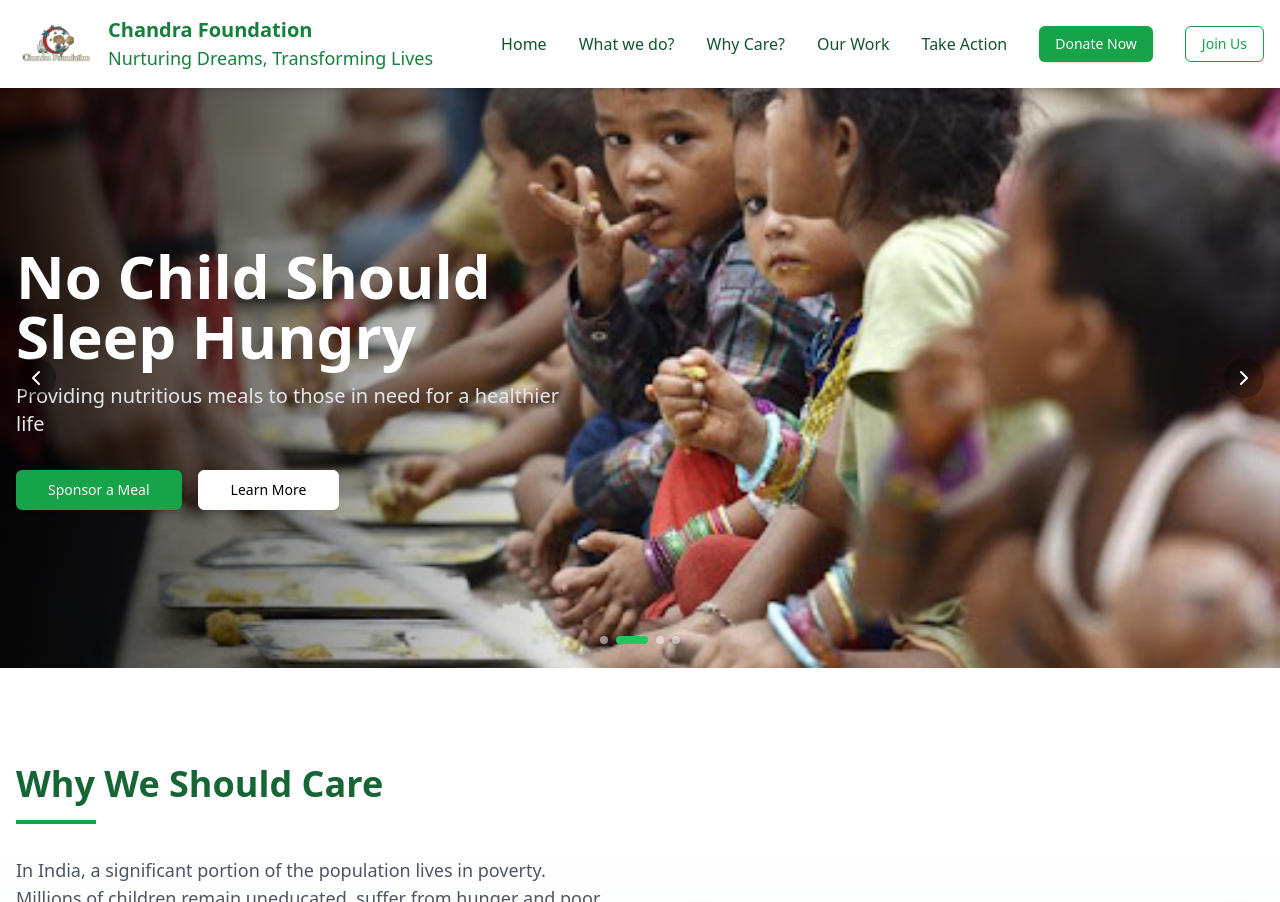
Repository: rajukumar2003/chandra-foundation
Page: /
An editor plug-in stored every save of this project. The page is shown before and after the next save, followed by the edit.
The browser window is 1280 px wide. The pictures show the part of the page from y = 0 to 902 px (the page is 7795 px tall before and 7775 px after).
Pictures or frames that could not be fetched are drawn as grey boxes. The project was rebuilt for these pictures with package versions that can differ from the ones it lists, and the page was loaded fresh each time. The framework's server and built-in components were replaced by stand-ins that run in the browser. Also part of the build but not shown: next.config.ts.

Above is the page before, as saved 2024-12-17 16:12:52.

### app/layout.tsx
import type { Metadata } from "next";
import { Geist, Geist_Mono } from "next/font/google";
import "./globals.css";
import Navbar from "./components/navbar";
import Footer from "./components/Footer";

const geistSans = Geist({
  variable: "--font-geist-sans",
  subsets: ["latin"],
});

const geistMono = Geist_Mono({
  variable: "--font-geist-mono",
  subsets: ["latin"],
});

export const metadata: Metadata = {
  title: "Create Next App",
  description: "Generated by create next app",
};

export default function RootLayout({
  children,
}: Readonly<{
  children: React.ReactNode;
}>) {
  return (
    <html lang="en">
      <body
        className={`${geistSans.variable} ${geistMono.variable} antialiased`}
      >
        <Navbar />
        {children}
        <Footer/>
      </body>
    </html>
  );
}

### app/globals.css
@tailwind base;
@tailwind components;
@tailwind utilities;
@layer base {
  :root {
    --background: 0 0% 100%;
    --foreground: 0 0% 3.9%;
    --card: 0 0% 100%;
    --card-foreground: 0 0% 3.9%;
    --popover: 0 0% 100%;
    --popover-foreground: 0 0% 3.9%;
    --primary: 0 0% 9%;
    --primary-foreground: 0 0% 98%;
    --secondary: 0 0% 96.1%;
    --secondary-foreground: 0 0% 9%;
    --muted: 0 0% 96.1%;
    --muted-foreground: 0 0% 45.1%;
    --accent: 0 0% 96.1%;
    --accent-foreground: 0 0% 9%;
    --destructive: 0 84.2% 60.2%;
    --destructive-foreground: 0 0% 98%;
    --border: 0 0% 89.8%;
    --input: 0 0% 89.8%;
    --ring: 0 0% 3.9%;
    --chart-1: 12 76% 61%;
    --chart-2: 173 58% 39%;
    --chart-3: 197 37% 24%;
    --chart-4: 43 74% 66%;
    --chart-5: 27 87% 67%;
    --radius: 0.5rem
  }
  .dark {
    --background: 0 0% 3.9%;
    --foreground: 0 0% 98%;
    --card: 0 0% 3.9%;
    --card-foreground: 0 0% 98%;
    --popover: 0 0% 3.9%;
    --popover-foreground: 0 0% 98%;
    --primary: 0 0% 98%;
    --primary-foreground: 0 0% 9%;
    --secondary: 0 0% 14.9%;
    --secondary-foreground: 0 0% 98%;
    --muted: 0 0% 14.9%;
    --muted-foreground: 0 0% 63.9%;
    --accent: 0 0% 14.9%;
    --accent-foreground: 0 0% 98%;
    --destructive: 0 62.8% 30.6%;
    --destructive-foreground: 0 0% 98%;
    --border: 0 0% 14.9%;
    --input: 0 0% 14.9%;
    --ring: 0 0% 83.1%;
    --chart-1: 220 70% 50%;
    --chart-2: 160 60% 45%;
    --chart-3: 30 80% 55%;
    --chart-4: 280 65% 60%;
    --chart-5: 340 75% 55%
  }
}
@layer base {
  * {
    @apply border-border;
  }
  body {
    @apply bg-background text-foreground;
  }
}

@keyframes float {
  0%, 100% {
    transform: translateY(0);
  }
  50% {
    transform: translateY(-20px);
  }
}

@keyframes float-delayed {
  0%, 100% {
    transform: translateY(0);
  }
  50% {
    transform: translateY(-15px);
  }
}

.animate-float {
  animation: float 6s ease-in-out infinite;
}

.animate-float-delayed {
  animation: float-delayed 5s ease-in-out infinite;
  animation-delay: 1s;
}

### app/components/Footer.tsx
"use client";

import { Facebook, Twitter, Instagram, Youtube, Mail } from "lucide-react";
import Link from "next/link";
import { Input } from "@/components/ui/input";
import { Button } from "@/components/ui/button";

const socialLinks = [
  { icon: Facebook, href: "#", label: "Facebook" },
  { icon: Twitter, href: "#", label: "Twitter" },
  { icon: Instagram, href: "#", label: "Instagram" },
  { icon: Youtube, href: "#", label: "YouTube" },
];

const quickLinks = [
  { name: "What we do?", href: "/about" },
  { name: "Our Work", href: "/programs" },
  { name: "Get Involved", href: "/get-involved" },
  { name: "Contact", href: "/contact" },
];

export default function Footer() {
  return (
    <footer className="bg-green-900 text-white">
      <div className="container mx-auto px-4 py-12">
        <div className="grid grid-cols-1 md:grid-cols-2 lg:grid-cols-4 gap-8">
          {/* Logo and Description */}
          <div className="space-y-4">
            <Link href="/" className="text-2xl font-bold">
              Chandra Foundation
            </Link>
            <p className="text-green-200 text-sm">
              Nurturing Dreams, Transforming Lives. Together, we can make a
              difference.
            </p>
          </div>

          {/* Quick Links */}
          <div>
            <h3 className="text-lg font-semibold mb-4">Quick Links</h3>
            <ul className="space-y-2">
              {quickLinks.map((link) => (
                <li key={link.name}>
                  <Link
                    href={link.href}
                    className="text-green-200 hover:text-white transition-colors"
                  >
                    {link.name}
                  </Link>
                </li>
              ))}
            </ul>
          </div>

          {/* Contact Info */}
          <div>
            <h3 className="text-lg font-semibold mb-4">Contact Us</h3>
            <address className="not-italic text-green-200 space-y-2">
              <p>123 Charity Lane</p>
              <p>Compassion City, CC 12345</p>
              <p>Phone: (123) 456-7890</p>
              <p>Email: info@chandrafoundation.org</p>
            </address>
          </div>

          {/* Newsletter Signup */}
          <div>
            <h3 className="text-lg font-semibold mb-4">Stay Updated</h3>
            <form className="space-y-2">
              <Input
                type="email"
                placeholder="Your email address"
                className="bg-white text-black placeholder-green-400"
              />
              <Button className="w-full bg-green-600 hover:bg-green-700">
                Subscribe
              </Button>
            </form>
          </div>
        </div>

        {/* Bottom Bar */}
        <div className="mt-12 pt-8 border-t border-green-800 flex flex-col md:flex-row justify-between items-center space-y-4 md:space-y-0">
          <div className="text-sm text-green-300">
            © {new Date().getFullYear()} Chandra Foundation. All rights
            reserved.
          </div>
          <div className="flex space-x-4">
            {socialLinks.map((link) => (
              <a
                key={link.label}
                href={link.href}
                className="text-green-300 hover:text-white transition-colors"
                aria-label={link.label}
              >
                <link.icon className="w-5 h-5" />
              </a>
            ))}
          </div>
        </div>
      </div>
    </footer>
  );
}

### app/components/ImpactSection.tsx
'use client'

import { motion } from "framer-motion"
import { Clock, Users, GraduationCap, HandHeart, Award } from 'lucide-react'

const stats = [
  {
    icon: Clock,
    value: 5,
    suffix: '+',
    label: 'Years of dedicated service to society',
    color: 'text-green-500'
  },
  {
    icon: GraduationCap,
    value: 1000,
    suffix: '+',
    label: 'Children received quality education',
    color: 'text-blue-500'
  },
  {
    icon: HandHeart,
    value: 5000,
    suffix: '+',
    label: 'Hours of community service',
    color: 'text-purple-500'
  },
  {
    icon: Users,
    value: 1000,
    suffix: '+',
    label: 'Partners and volunteers joined us',
    color: 'text-orange-500'
  },
  {
    icon: Award,
    value: 100,
    suffix: '%',
    label: 'Commitment to transforming lives',
    color: 'text-red-500'
  }
]

export default function ImpactSection() {
  return (
    <section className="py-24 bg-gradient-to-b from-green-50/50 to-white relative overflow-hidden">
      {/* Background Pattern */}
      <div className="absolute inset-0 opacity-[0.03]"
        style={{
          backgroundImage: `url("data:[embedded picture, 360 characters]")`
        }}
      />

      <div className="container mx-auto px-4">
        <motion.div
          initial={{ opacity: 0, y: 20 }}
          whileInView={{ opacity: 1, y: 0 }}
          viewport={{ once: true }}
          transition={{ duration: 0.6 }}
          className="text-center mb-16"
        >
          <h2 className="text-3xl md:text-4xl font-bold text-green-800 mb-4">
            Our Impact in Numbers
          </h2>
          <p className="text-gray-600 max-w-2xl mx-auto text-lg">
            Through your generous support and our dedicated team's efforts,
            we've made significant strides in transforming lives and building
            a better future for our community.
          </p>
        </motion.div>

        <div className="grid grid-cols-1 md:grid-cols-2 lg:grid-cols-5 gap-8 lg:gap-4">
          {stats.map((stat, index) => (
            <motion.div
              key={stat.label}
              initial={{ opacity: 0, y: 20 }}
              whileInView={{ opacity: 1, y: 0 }}
              viewport={{ once: true }}
              transition={{ duration: 0.6, delay: index * 0.1 }}
              className="relative group"
            >
              <div className="text-center p-6">
                <div className="mb-4 relative">
                  <div className="w-16 h-16 mx-auto rounded-full bg-white shadow-lg flex items-center justify-center group-hover:scale-110 transition-transform duration-300">
                    <stat.icon className={`w-8 h-8 ${stat.color}`} />
                  </div>
                </div>
                <h3 className="text-4xl font-bold text-gray-800 mb-2">
                  {stat.value.toLocaleString()}{stat.suffix}
                </h3>
                <p className="text-gray-600 text-sm">
                  {stat.label}
                </p>
              </div>
            </motion.div>
          ))}
        </div>
      </div>
    </section>
  )
}

### app/components/CtaSection.tsx
"use client";

import { motion } from "framer-motion";
import { Button } from "@/components/ui/button";
import { ArrowRight } from "lucide-react";

export default function CtaSection() {
  return (
    <section className="py-24 bg-gradient-to-b from-green-50/50 to-white relative overflow-hidden">
      {/* Background Elements */}
      <div className="absolute inset-0">
        <div className="absolute inset-0 bg-[radial-gradient(circle_at_top_right,rgba(34,197,94,0.05),transparent_50%)]" />
        <div className="absolute inset-0 bg-[radial-gradient(circle_at_bottom_left,rgba(34,197,94,0.05),transparent_50%)]" />
      </div>

      <div className="container mx-auto px-4 relative">
        <div className="max-w-5xl mx-auto">
          <motion.div
            initial={{ opacity: 0, y: 20 }}
            whileInView={{ opacity: 1, y: 0 }}
            viewport={{ once: true }}
            transition={{ duration: 0.6 }}
            className="items-center"
          >
            {/* Text Content */}
            <div className="text-center space-y-8">
              <h2 className="text-4xl md:text-5xl font-bold text-green-800 leading-tight">
                Together We Can Make The DIFFERENCE
              </h2>
              {/* <p className="text-xl text-gray-600">
                Let's create the{" "}
                <span className="text-green-600 font-semibold">DIFFERENCE</span>{" "}
                our community needs
              </p> */}

              <motion.p
                initial={{ opacity: 0, y: 20 }}
                whileInView={{ opacity: 1, y: 0 }}
                viewport={{ once: true }}
                transition={{ duration: 0.6, delay: 0.4 }}
                className="mt-12 text-xl text-gray-600 italic"
              >
                "The greatest gift you can give someone is your{" "}
                <span className="text-green-600 font-semibold">time</span>, your{" "}
                <span className="text-green-600 font-semibold">love</span>, your{" "}
                <span className="text-green-600 font-semibold">attention</span>,
                and your{" "}
                <span className="text-green-600 font-semibold">concern</span>."
              </motion.p>
              <motion.div
                initial={{ opacity: 0, x: -20 }}
                whileInView={{ opacity: 1, x: 0 }}
                viewport={{ once: true }}
                transition={{ duration: 0.6, delay: 0.2 }}
              >
                <Button
                  size="lg"
                  className="bg-green-600 hover:bg-green-700 text-white group"
                >
                  Join Us Today
                  <ArrowRight className="ml-2 h-4 w-4 transition-transform group-hover:translate-x-1" />
                </Button>
              </motion.div>
            </div>
          </motion.div>
        </div>
      </div>
    </section>
  );
}

### app/components/WhyCare.tsx
'use client'

import { motion } from "framer-motion"
import { Button } from "@/components/ui/button"
import Image from "next/image"
import { ArrowRight, School, Home, Heart, Utensils } from 'lucide-react'

const statistics = [
  {
    icon: School,
    value: "27%",
    label: "Children out of school"
  },
  {
    icon: Utensils,
    value: "14%",
    label: "Population undernourished"
  },
  {
    icon: Home,
    value: "73M",
    label: "People in poverty"
  },
  {
    icon: Heart,
    value: "40%",
    label: "Children need support"
  }
]

export default function WhyCare() {
  return (
    <section className="py-24 bg-gradient-to-b from-white to-green-50/50">
      <div className="container mx-auto px-4">
        <div className="max-w-7xl mx-auto">
          <div className="grid lg:grid-cols-2 gap-12 lg:gap-16 items-center">
            {/* Content Side */}
            <motion.div
              initial={{ opacity: 0, y: 20 }}
              whileInView={{ opacity: 1, y: 0 }}
              viewport={{ once: true }}
              transition={{ duration: 0.6 }}
              className="space-y-8"
            >
              <div>
                <h2 className="text-3xl md:text-4xl font-bold text-green-800 mb-4">
                  Why We Should Care
                </h2>
                <div className="w-20 h-1 bg-green-600"></div>
              </div>

              <div className="space-y-6 text-gray-600">
                <p className="text-lg">
                  In India, a significant portion of the population lives in poverty.
                  Millions of children remain uneducated, suffer from hunger and poor health,
                  and face an uncertain future. Additionally, the number of children living
                  without parental support is rising day by day.
                </p>

                <div className="grid grid-cols-2 gap-6">
                  {statistics.map((stat, index) => (
                    <motion.div
                      key={stat.label}
                      initial={{ opacity: 0, y: 20 }}
                      whileInView={{ opacity: 1, y: 0 }}
                      viewport={{ once: true }}
                      transition={{ duration: 0.6, delay: index * 0.1 }}
                      className="text-center p-4 bg-white rounded-lg shadow-sm hover:shadow-md transition-shadow"
                    >
                      <stat.icon className="w-6 h-6 text-green-600 mx-auto mb-2" />
                      <div className="text-2xl font-bold text-green-800">{stat.value}</div>
                      <div className="text-sm text-gray-500">{stat.label}</div>
                    </motion.div>
                  ))}
                </div>

                <div className="bg-green-50 border-l-4 border-green-500 p-4 rounded-r-lg">
                  <h3 className="font-semibold text-green-800 mb-2">Our Solution</h3>
                  <p>
                    We started by requesting people to donate their old clothes and accessories.
                    But we realized that was not enough. True development centers around fulfilling
                    basic needs while focusing on Education and Employment—the foundations of a better future.
                  </p>
                </div>
              </div>

              <Button
                size="lg"
                className="bg-green-600 hover:bg-green-700 text-white group"
              >
                Learn About What We Do
                <ArrowRight className="ml-2 h-4 w-4 transition-transform group-hover:translate-x-1" />
              </Button>
            </motion.div>

            {/* Image Side */}
            <motion.div
              initial={{ opacity: 0, scale: 0.95 }}
              whileInView={{ opacity: 1, scale: 1 }}
              viewport={{ once: true }}
              transition={{ duration: 0.6 }}
              className="relative"
            >
              <div className="relative aspect-[4/3] rounded-2xl overflow-hidden shadow-2xl">
                <Image
                  src="/images/children-education.jpg"
                  alt="Children in need of support"
                  fill
                  className="object-cover"
                />
                <div className="absolute inset-0 bg-gradient-to-t from-black/50 to-transparent" />
                <div className="absolute bottom-0 left-0 right-0 p-6 text-white">
                  <div className="text-sm font-medium mb-2">But together we can achieve</div>
                  <div className="text-2xl font-bold">A Better Future For All</div>
                </div>
              </div>
            </motion.div>
          </div>
        </div>
      </div>
    </section>
  )
}

### components/ui/button.tsx
import * as React from "react"
import { Slot } from "@radix-ui/react-slot"
import { cva, type VariantProps } from "class-variance-authority"

import { cn } from "@/lib/utils"

const buttonVariants = cva(
  "inline-flex items-center justify-center gap-2 whitespace-nowrap rounded-md text-sm font-medium transition-colors focus-visible:outline-none focus-visible:ring-1 focus-visible:ring-ring disabled:pointer-events-none disabled:opacity-50 [&_svg]:pointer-events-none [&_svg]:size-4 [&_svg]:shrink-0",
  {
    variants: {
      variant: {
        default:
          "bg-primary text-primary-foreground shadow hover:bg-primary/90",
        destructive:
          "bg-destructive text-destructive-foreground shadow-sm hover:bg-destructive/90",
        outline:
          "border border-input bg-background shadow-sm hover:bg-accent hover:text-accent-foreground",
        secondary:
          "bg-secondary text-secondary-foreground shadow-sm hover:bg-secondary/80",
        ghost: "hover:bg-accent hover:text-accent-foreground",
        link: "text-primary underline-offset-4 hover:underline",
      },
      size: {
        default: "h-9 px-4 py-2",
        sm: "h-8 rounded-md px-3 text-xs",
        lg: "h-10 rounded-md px-8",
        icon: "h-9 w-9",
      },
    },
    defaultVariants: {
      variant: "default",
      size: "default",
    },
  }
)

export interface ButtonProps
  extends React.ButtonHTMLAttributes<HTMLButtonElement>,
    VariantProps<typeof buttonVariants> {
  asChild?: boolean
}

const Button = React.forwardRef<HTMLButtonElement, ButtonProps>(
  ({ className, variant, size, asChild = false, ...props }, ref) => {
    const Comp = asChild ? Slot : "button"
    return (
      <Comp
        className={cn(buttonVariants({ variant, size, className }))}
        ref={ref}
        {...props}
      />
    )
  }
)
Button.displayName = "Button"

export { Button, buttonVariants }

### components/ui/input.tsx
import * as React from "react"

import { cn } from "@/lib/utils"

const Input = React.forwardRef<HTMLInputElement, React.ComponentProps<"input">>(
  ({ className, type, ...props }, ref) => {
    return (
      <input
        type={type}
        className={cn(
          "flex h-9 w-full rounded-md border border-input bg-transparent px-3 py-1 text-base shadow-sm transition-colors file:border-0 file:bg-transparent file:text-sm file:font-medium file:text-foreground placeholder:text-muted-foreground focus-visible:outline-none focus-visible:ring-1 focus-visible:ring-ring disabled:cursor-not-allowed disabled:opacity-50 md:text-sm",
          className
        )}
        ref={ref}
        {...props}
      />
    )
  }
)
Input.displayName = "Input"

export { Input }

Loaded but not shown: lib/utils.ts (common file); tailwind.config.js (61 lines, source omitted); app/(root)/page.tsx (269 lines, source omitted); app/components/navbar.tsx (210 lines, source omitted); app/components/OurPrograms.jsx (132 lines, source omitted); app/components/HistoryTimeline.tsx (120 lines, source omitted); app/components/HeroSection.tsx (123 lines, source omitted); app/components/StorySection.tsx (105 lines, source omitted); app/components/FoundersMessage.tsx (87 lines, source omitted); app/components/AboutUs.tsx (87 lines, source omitted)

After the next save:
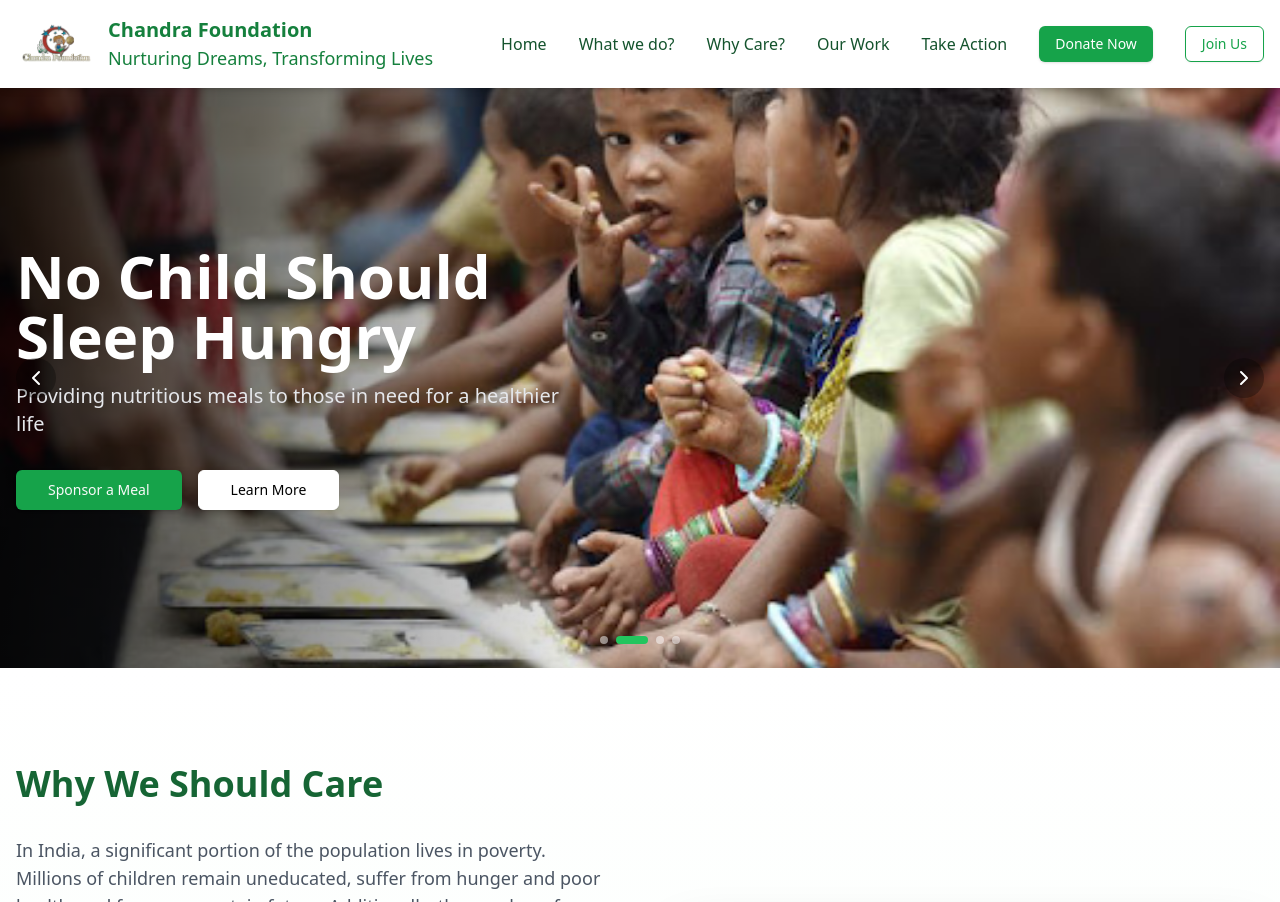
Saved 2 min 18 s later.
--- a/app/components/WhyCare.tsx
+++ b/app/components/WhyCare.tsx
@@ -46,7 +46,7 @@
                 <h2 className="text-3xl md:text-4xl font-bold text-green-800 mb-4">
                   Why We Should Care
                 </h2>
-                <div className="w-20 h-1 bg-green-600"></div>
+                {/* <div className="w-20 h-1 bg-green-600"></div> */}
               </div>
 
               <div className="space-y-6 text-gray-600">
